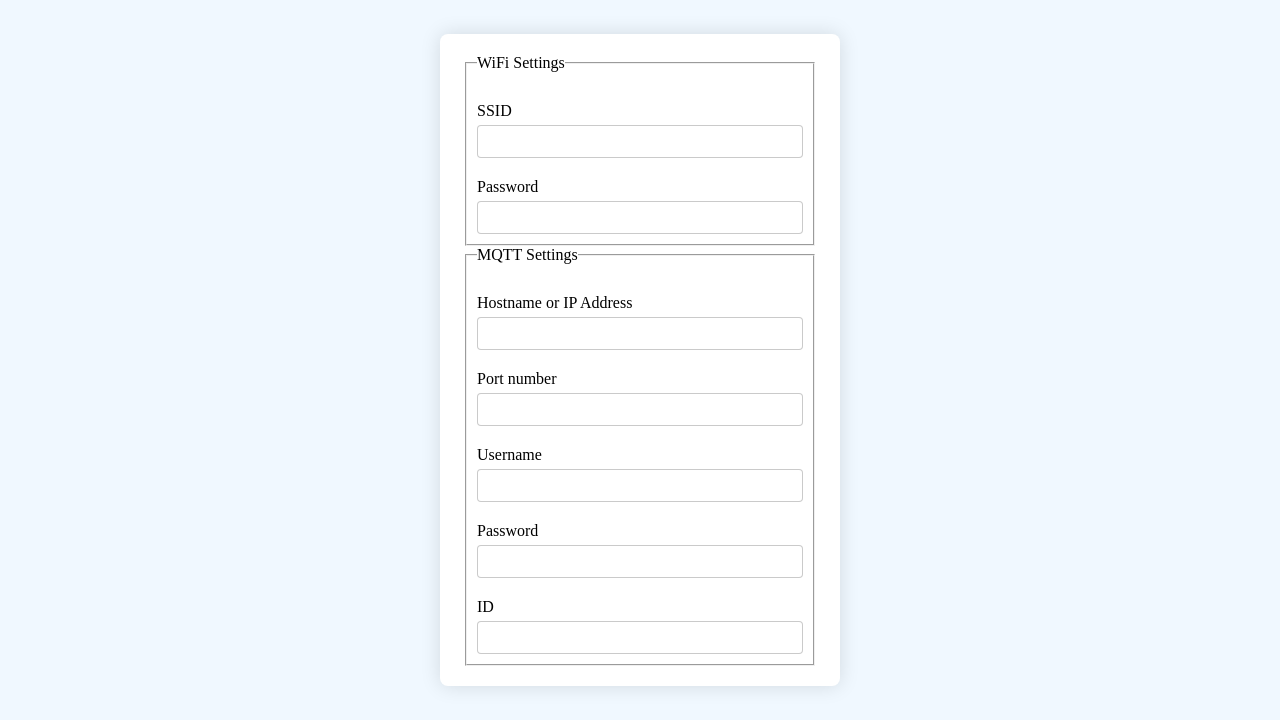
Repository: alex-dow/psikon-weather-station
Page: data/index.html
These files come from the project's save history. The page is drawn as it stood at one moment and after the next save; the edit follows.
The browser window is 1280 px wide. The pictures show the whole page.

Above is the page before, as saved 2021-12-09 22:48:51.

After the next save:
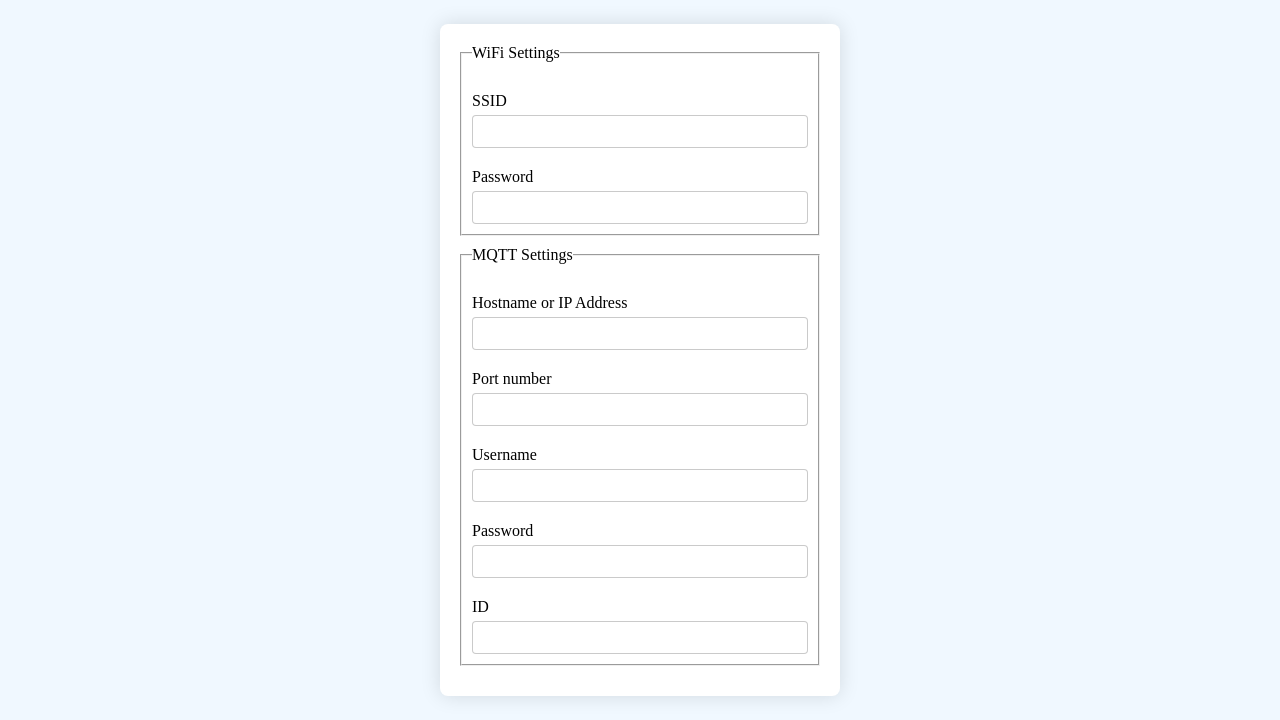
Saved 11 s later.
--- a/data/index.html
+++ b/data/index.html
@@ -70,7 +70,7 @@
  }
  fieldset {
    padding: 10px;
-   margin: 0px 5px;
+   margin-bottom: 10px;
  }
   </style>
 </head>
